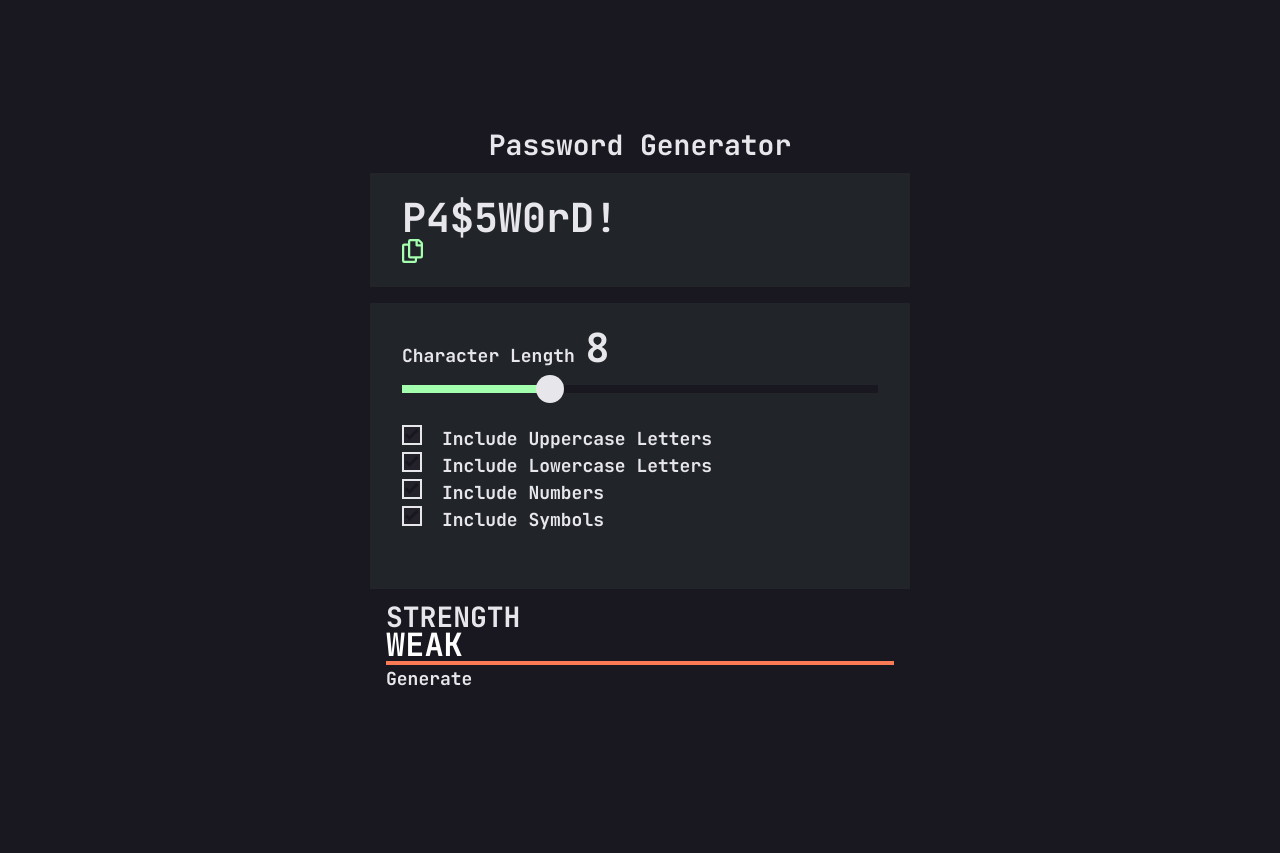
Repository: blordeus/password-generator-app
Page: starter-code/index.html
These files come from the project's save history. The page is drawn as it stood at one moment and after the next save; the edit follows.
The browser window is 1280 px wide. The pictures show the whole page.

Above is the page before, as saved 2023-10-05 20:18:16.
Console error: TypeError: Cannot read properties of null (reading 'classList')

After the next save:
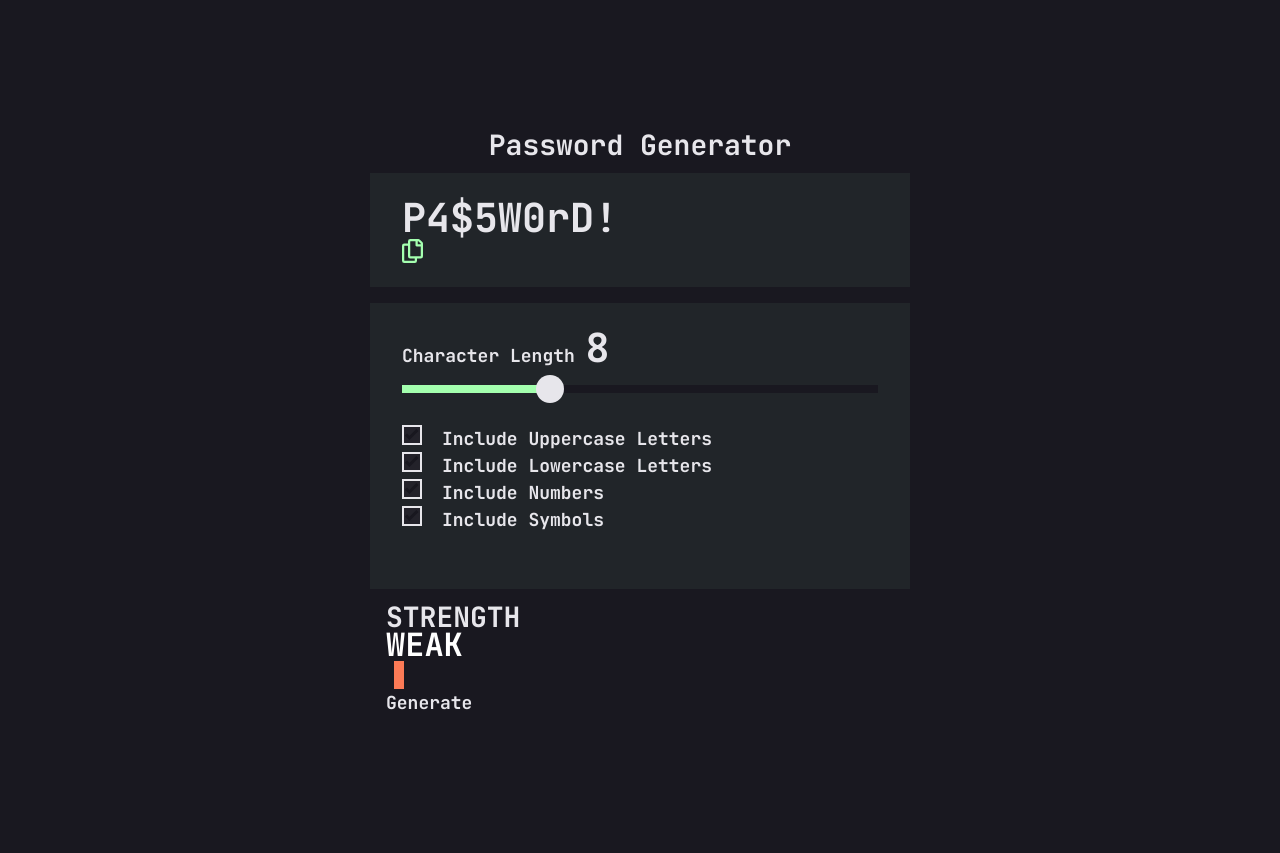
Saved 5 s later.
--- a/starter-code/index.html
+++ b/starter-code/index.html
@@ -56,7 +56,7 @@
       <h2 class="fs-3 text-grey uppercase">Strength</h2>
       <div class="strengthLvl flex">
         <p class="fs-2 text-white uppercase" id="levelTxt">weak</p>
-        <div id="bar1"></div>
+        <div id="bar1" class="bars"></div>
 
       </div>
       Generate
